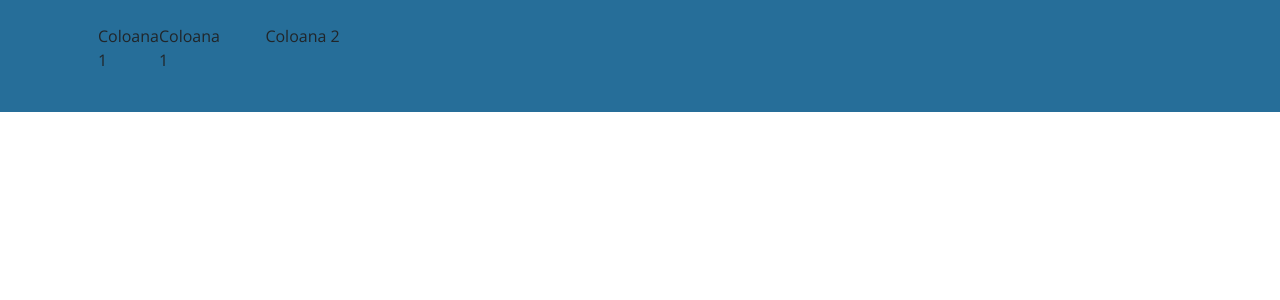
Repository: cosmin05072018/webis-task
Page: index.html
The author's editor kept a copy of each file at every save. The page is drawn from the files as they stood at one save, then again after a run of saves.
The browser window is 1280 px wide. The pictures show the whole page.

Above is the page before, as saved 2024-09-26 15:39:22.

### index.html
<!DOCTYPE html>
<html lang="en">
<head>
    <meta charset="UTF-8">
    <meta name="viewport" content="width=device-width, initial-scale=1.0">
    <title>Platforma-Bugetare</title>
    <link href="https://cdn.jsdelivr.net/npm/bootstrap@5.3.3/dist/css/bootstrap.min.css" rel="stylesheet" integrity="sha384-QWTKZyjpPEjISv5WaRU9OFeRpok6YctnYmDr5pNlyT2bRjXh0JMhjY6hW+ALEwIH" crossorigin="anonymous">
    <link rel="stylesheet" href="./assets/css/style.css">
</head>
<body>
<div class="container-fluid p-0">
  <div class="container">
    <nav class="navbar navbar-expand-lg">
      <div class="row">
        <div class="col-16 col-md-6">
            <div class="p-3 d-flex"><p>Coloana 1</p><p>Coloana 1</p></div>
        </div>
        <div class="col-12 col-md-6">
            <div class="p-3">Coloana 2</div>
        </div>
    </div>
  </div>
</div>

    <script src="https://cdn.jsdelivr.net/npm/bootstrap@5.3.3/dist/js/bootstrap.bundle.min.js" integrity="sha384-YvpcrYf0tY3lHB60NNkmXc5s9fDVZLESaAA55NDzOxhy9GkcIdslK1eN7N6jIeHz" crossorigin="anonymous"></script>
</body>
</html>

### assets/css/style.css
@import url("https://fonts.googleapis.com/css2?family=Open+Sans:ital,wght@0,300..800;1,300..800&display=swap");

:root {
  --bg-color: #266e99;
  --white: #ffffff;
  --text-hover: #4f4f4f;
  --text-blue: #266e99;
}

* {
  font-family: Open Sans;
}

.container-fluid{
    background-color: var(--bg-color);
}

After the next 2 saves:
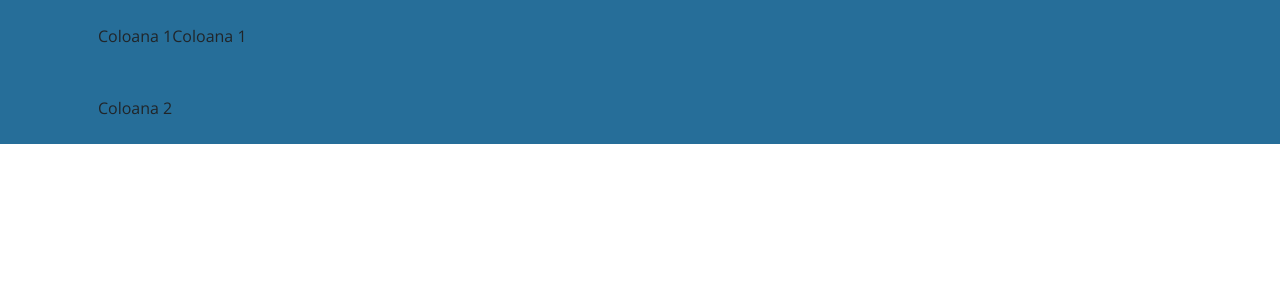
The 2 saves are shown as one change because they came seconds apart.
The last was saved 6 s later.
--- a/index.html
+++ b/index.html
@@ -12,7 +12,7 @@
   <div class="container">
     <nav class="navbar navbar-expand-lg">
       <div class="row">
-        <div class="col-16 col-md-6">
+        <div class="col-12 col-md-12">
             <div class="p-3 d-flex"><p>Coloana 1</p><p>Coloana 1</p></div>
         </div>
         <div class="col-12 col-md-6">

After the 2 saves that followed:
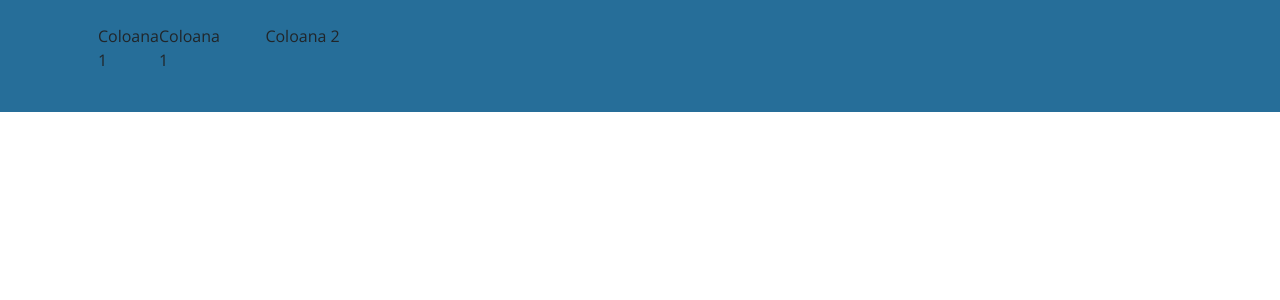
The 2 saves are shown as one change because 1 left the picture as it was.
The last was saved 10 s later.
--- a/index.html
+++ b/index.html
@@ -12,7 +12,7 @@
   <div class="container">
     <nav class="navbar navbar-expand-lg">
       <div class="row">
-        <div class="col-12 col-md-12">
+        <div class="col-12 col-md-6">
             <div class="p-3 d-flex"><p>Coloana 1</p><p>Coloana 1</p></div>
         </div>
         <div class="col-12 col-md-6">
